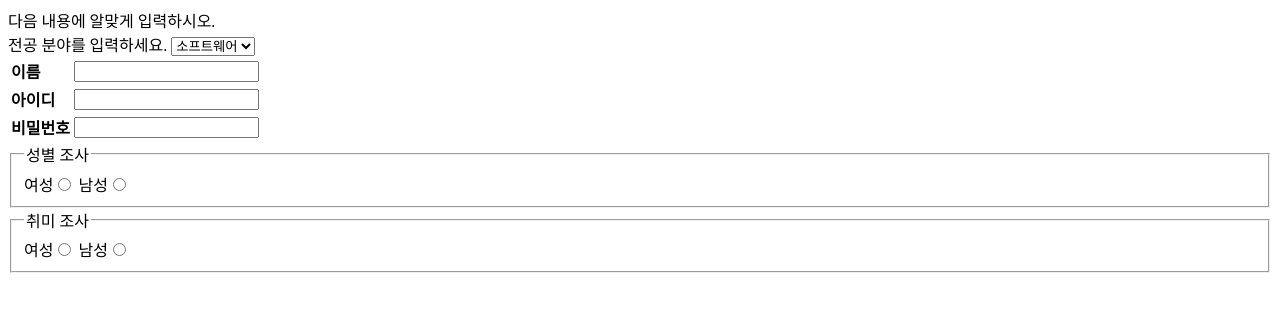
Repository: thswlsqls/JspWorkspace
Page: html/quiz_member.html
These files come from the project's save history. The page is drawn as it stood at one moment and after the next save; the edit follows.
The browser window is 1280 px wide. The pictures show the whole page.

Above is the page before, as saved 2021-04-12 08:10:51.

### html/quiz_member.html
<!DOCTYPE html>
<html>
<head>
<meta charset="UTF-8">
<title>Insert title here</title>
</head>
<body>
	<div>
		<div>
			다음 내용에 알맞게 입력하시오.<br>
			전공 분야를 입력하세요.
			<select size="1" name="">
				<option value="1" selected>소프트웨어
				<option value="2">전기전자
				<option value="3">산업공학
				<option value="4">전기화학
			</select>
		</div>
		<div>
			<table>
				<tr align="left">
					<th style="width:180">이름</th>
					<th><input type="text" value=""></th>
				</tr>
				<tr align="left">
					<th>아이디</th>
					<th><input type="text" value=""></th>
				</tr>
				<tr align="left">
					<th>비밀번호</th>
					<th><input type="password" value=""></th>
				</tr>
			</table>
		</div>
		<div>
			<fieldset>
				<legend>성별 조사</legend>
				여성<input type="radio" name="gender" value="0">
				남성<input type="radio" name="gender" value="1">
			</fieldset>
			<fieldset>
				<legend>취미 조사</legend>
				여성<input type="radio" name="gender" value="0">
				남성<input type="radio" name="gender" value="1">
			</fieldset>
		</div>
	</div>


</body>
</html>

After the next save:
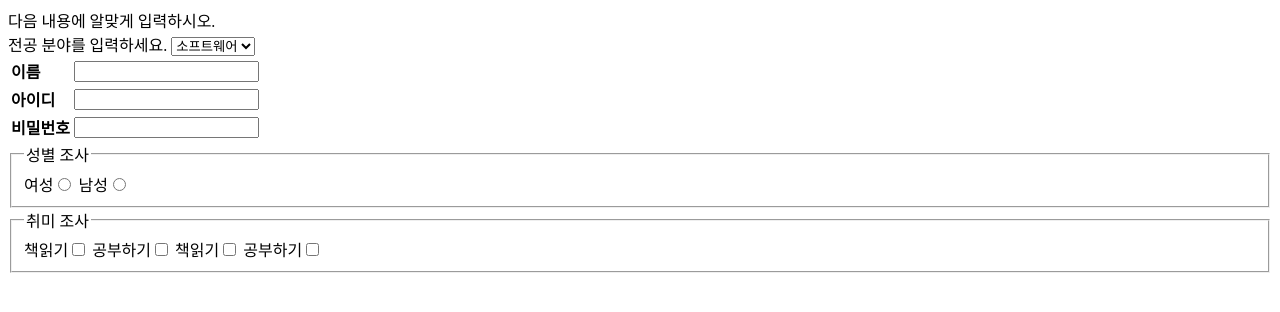
Saved 30 s later.
--- a/html/quiz_member.html
+++ b/html/quiz_member.html
@@ -40,8 +40,10 @@
 			</fieldset>
 			<fieldset>
 				<legend>취미 조사</legend>
-				여성<input type="radio" name="gender" value="0">
-				남성<input type="radio" name="gender" value="1">
+				책읽기<input type="checkbox" name="gender" value="0">
+				공부하기<input type="checkbox" name="gender" value="1">
+				책읽기<input type="checkbox" name="gender" value="0">
+				공부하기<input type="checkbox" name="gender" value="1">
 			</fieldset>
 		</div>
 	</div>
